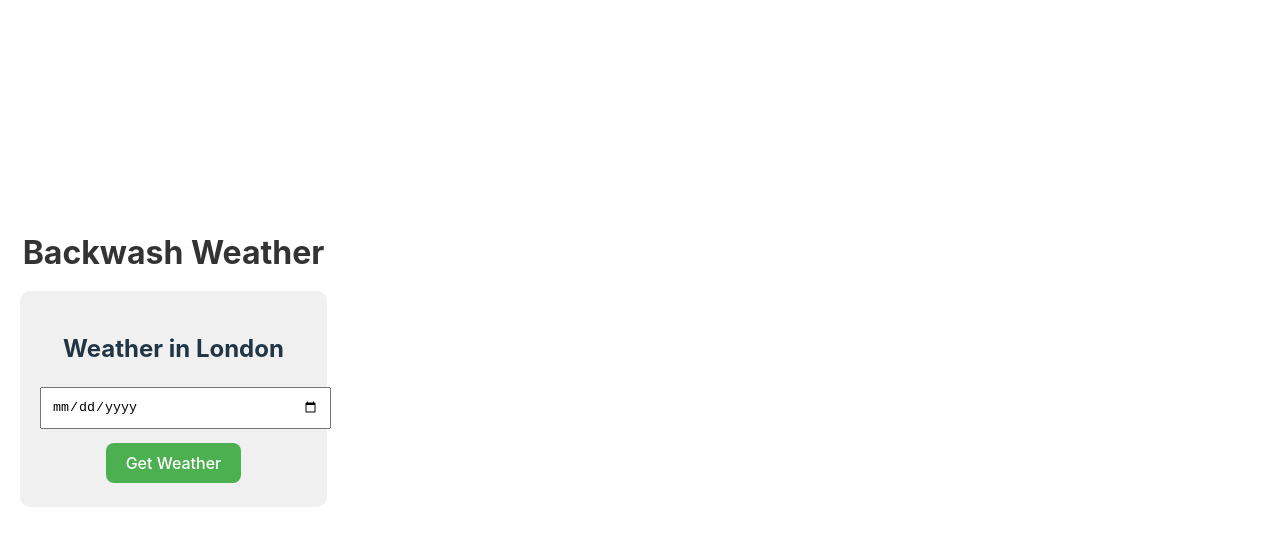
Repository: lukebelliveau/backwash
Page: /
The author's editor kept a copy of each file at every save. The page is drawn from the files as they stood at one save, then again after the next save.
The browser window is 1280 px wide. The pictures show the whole page.
The project was rebuilt for these pictures with package versions that can differ from the ones it lists, and the page was loaded fresh each time. Also part of the build but not shown: vite.config.ts.

Above is the page before, as saved 2024-07-27 15:39:01.

### index.html
<!DOCTYPE html>
<html lang="en">
  <head>
    <meta charset="UTF-8" />
    <link rel="icon" type="image/svg+xml" href="/vite.svg" />
    <meta name="viewport" content="width=device-width, initial-scale=1.0" />
    <title>Backwash</title>
  </head>
  <body>
    <div id="root"></div>
    <script type="module" src="/src/main.tsx"></script>
  </body>
</html>

### src/App.tsx
import styled from "styled-components";
import WeatherWidget from "./components/WeatherWidget";

const AppContainer = styled.div`
  text-align: center;
  padding: 20px;
`;

const Title = styled.h1`
  color: #333;
  font-size: 2em;
`;

function App() {
  return (
    <AppContainer>
      <Title>Backwash Weather</Title>
      <WeatherWidget />
    </AppContainer>
  );
}

export default App;

### src/components/WeatherWidget.tsx
import React, { useState } from "react";
import styled from "styled-components";
import axios from "axios";

const WidgetContainer = styled.div`
  background-color: #f0f0f0;
  border-radius: 10px;
  padding: 20px;
  max-width: 300px;
  margin: 0 auto;
`;

const Input = styled.input`
  width: 100%;
  padding: 10px;
  margin-bottom: 10px;
`;

const Button = styled.button`
  background-color: #4caf50;
  border: none;
  color: white;
  padding: 10px 20px;
  text-align: center;
  text-decoration: none;
  display: inline-block;
  font-size: 16px;
  margin: 4px 2px;
  cursor: pointer;
`;

const WeatherInfo = styled.div`
  margin-top: 20px;
`;

const API_KEY = "fe834ece9c3da2d7f6ff7c59b4f47d10";
const CITY = "London";

interface WeatherData {
  dt: number;
  temp: number;
  humidity: number;
  weather: { description: string }[];
}

const WeatherWidget: React.FC = () => {
  const [date, setDate] = useState("");
  const [weatherData, setWeatherData] = useState<WeatherData | null>(null);

  const fetchWeather = async () => {
    try {
      const timestamp = Math.floor(new Date(date).getTime() / 1000);
      const response = await axios.get(
        `https://api.openweathermap.org/data/2.5/onecall/timemachine?lat=51.5074&lon=-0.1278&dt=${timestamp}&appid=${API_KEY}&units=metric`
      );
      setWeatherData(response.data.current);
    } catch (error) {
      console.error("Error fetching weather data:", error);
      alert("Error fetching weather data. Please try again.");
    }
  };

  return (
    <WidgetContainer>
      <h2>Weather in {CITY}</h2>
      <Input
        type="date"
        value={date}
        onChange={(e) => setDate(e.target.value)}
        max={new Date().toISOString().split("T")[0]}
      />
      <Button onClick={fetchWeather}>Get Weather</Button>
      {weatherData && (
        <WeatherInfo>
          <p>Date: {new Date(weatherData.dt * 1000).toLocaleDateString()}</p>
          <p>Temperature: {weatherData.temp}°C</p>
          <p>Humidity: {weatherData.humidity}%</p>
          <p>Conditions: {weatherData.weather[0].description}</p>
        </WeatherInfo>
      )}
    </WidgetContainer>
  );
};

export default WeatherWidget;

Loaded but not shown: src/main.tsx (common file); src/index.css (common file)

After the next save:
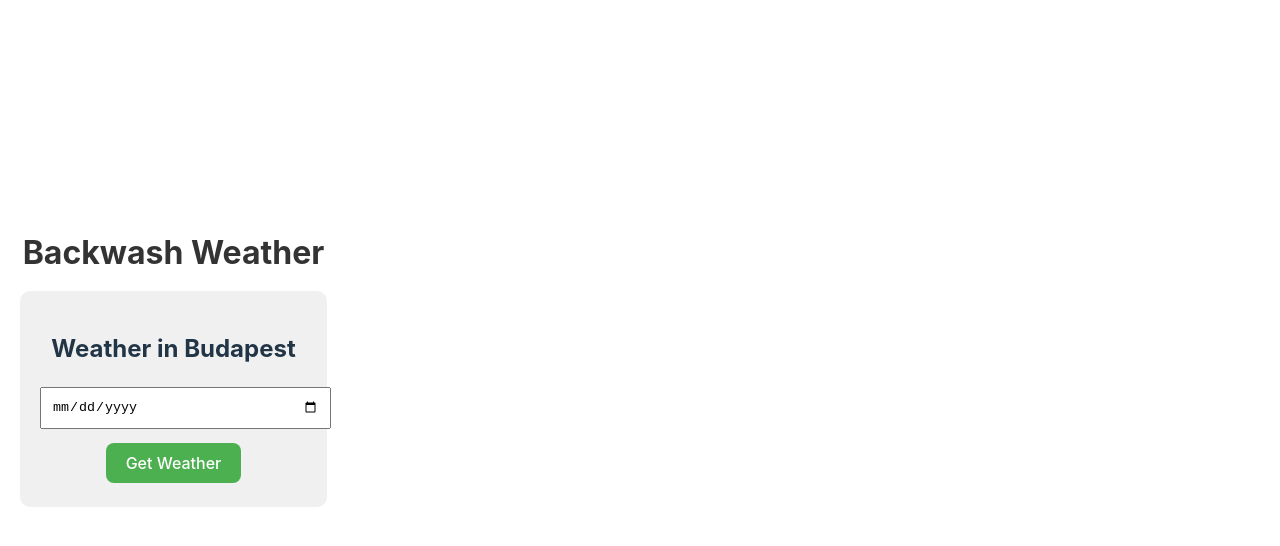
Saved 5 s later.
--- a/src/components/WeatherWidget.tsx
+++ b/src/components/WeatherWidget.tsx
@@ -34,7 +34,7 @@ const WeatherInfo = styled.div`
 `;
 
 const API_KEY = "fe834ece9c3da2d7f6ff7c59b4f47d10";
-const CITY = "London";
+const CITY = "Budapest";
 
 interface WeatherData {
   dt: number;
